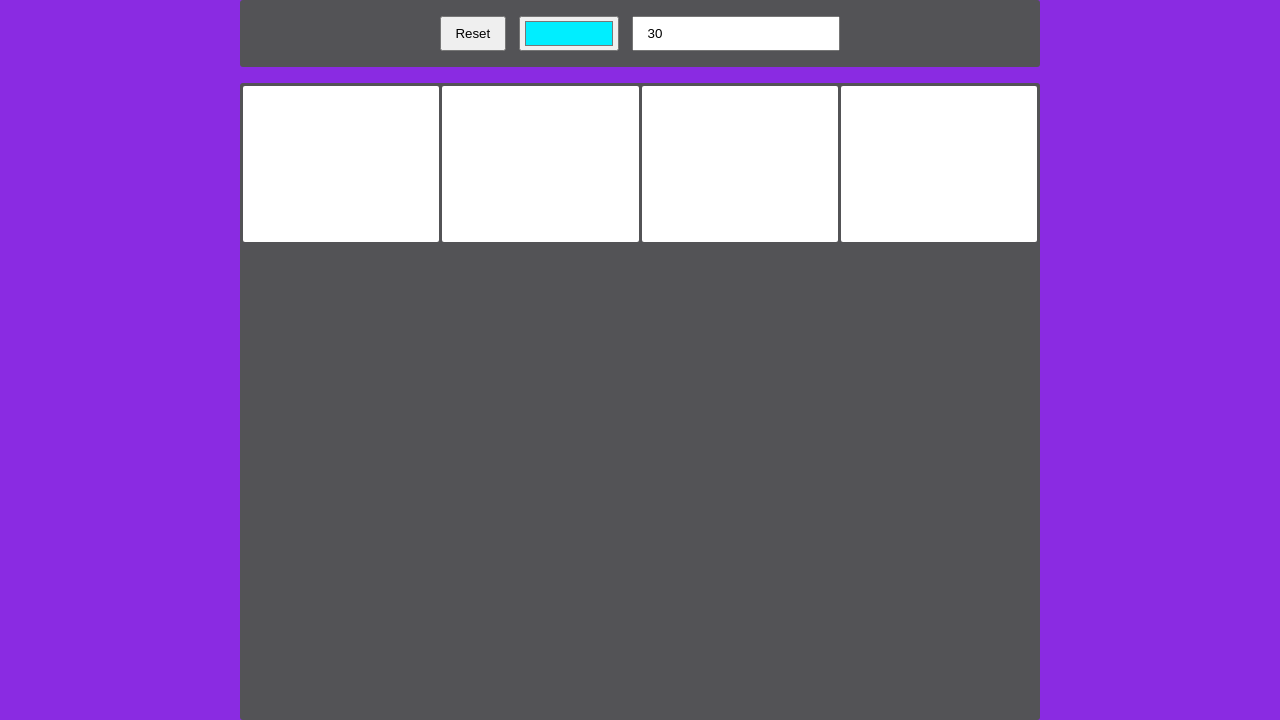
Repository: Larrowo/Challenges
Page: Pixel-Art/index.html
The author's editor kept a copy of each file at every save. The page is drawn from the files as they stood at one save, then again after the next save.
The browser window is 1280 px wide. The pictures show the whole page.

Above is the page before, as saved 2022-04-20 12:36:37.

### Pixel-Art/index.html
<!DOCTYPE html>
<html lang="en">

<head>
    <meta charset="UTF-8" />
    <meta http-equiv="X-UA-Compatible" content="IE=edge" />
    <meta name="viewport" content="width=device-width, initial-scale=1.0" />
    <title>Document</title>
    <link rel="stylesheet" href="style.css" />
    <script src="/Pixel-Art/main.js" defer></script>
</head>

<body>
    <div class="navbar">
        <button class="btn">Reset</button>
        <input type="color" value="#00eeff" class="color">
        <input type="number" value="30" class="size">
    </div>
    <div class="container">
    </div>
</body>

</html>

### Pixel-Art/style.css
*{
    margin: 0;
    padding: 0;
    box-sizing: border-box;
}

html, body{
    height: 100%;
}

body{
    background-color: blueviolet;
    display: flex;
    justify-content: center;
    align-items: center;
    flex-direction: column;

}

.navbar, .container{
    background-color:rgb(83, 83, 86);
    width: 800px;
    border-radius: 3px;
}

.navbar{
    padding: 1em;
    margin-bottom: 1em;
    display: flex;
    justify-content: center;
    align-items: center;
}

.btn, input{
    height: 35px;
    padding: 0 1em;
}

.color{
    padding: 0 .25em;
    width: 100px;
    margin: 0 1em;
}

.container{
    --size: 4;
    height: 800px;
    display: grid;
    grid-template-columns: repeat(var(--size), 1fr);
    grid-template-rows: repeat(var(--size), 1fr);
    gap: 3px;
    padding: 3px;
}

.pixel{
    background-color: white;
    border-radius: 2px;
}

### Pixel-Art/main.js
const container = document.querySelector(".container");

function populate (size){
    for (let index = 0; index < size * size; index++) {
        const div = document.createElement("div");
        div.classList.add("pixel");
        container.appendChild(div);
    }
}

populate(2)

After the next save:
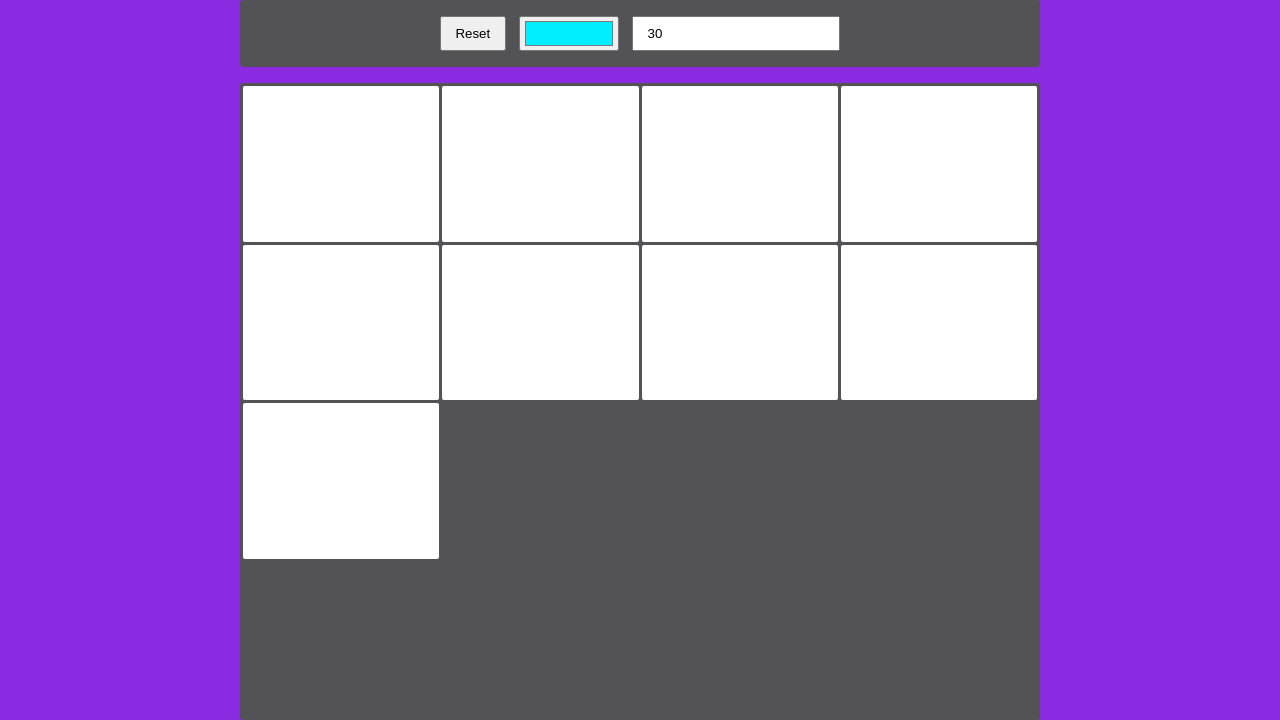
Saved 9 s later.
--- a/Pixel-Art/main.js
+++ b/Pixel-Art/main.js
@@ -8,4 +8,4 @@ function populate (size){
     }
 }
 
-populate(2)
+populate(3)
